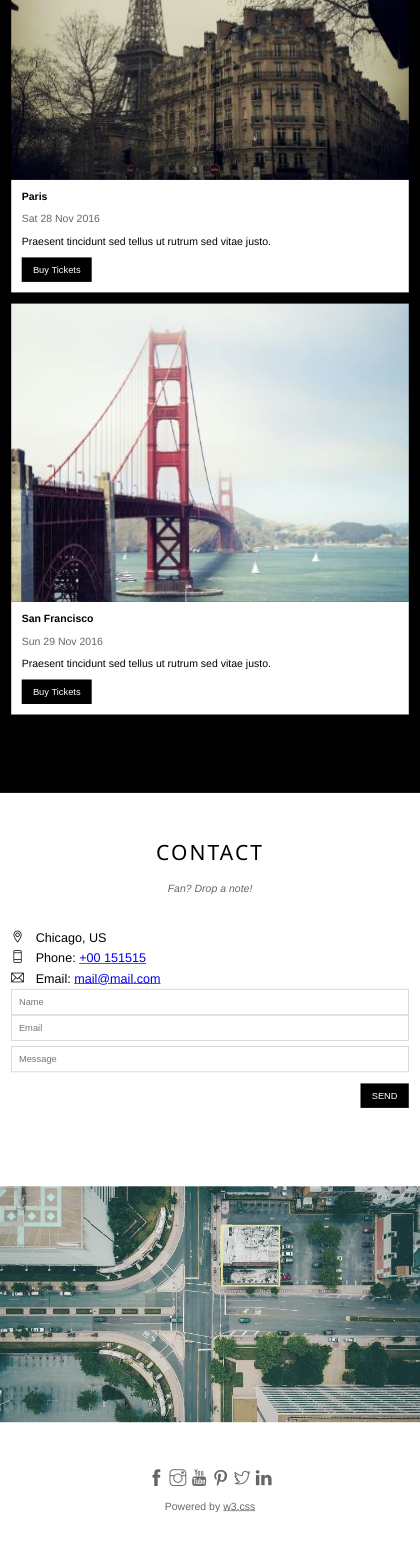
Repository: Lehau79/w3_band
Page: index.html
The author's editor kept a copy of each file at every save. The page is drawn from the files as they stood at one save, then again after the next save.
The browser window is 600 px wide. The pictures show the part of the page from y = 3174 to 5414 px (the page is 5398 px tall before and 5414 px after), at 70% of full size.

Above is the page before, as saved 2021-11-21 16:54:17.

After the next save:
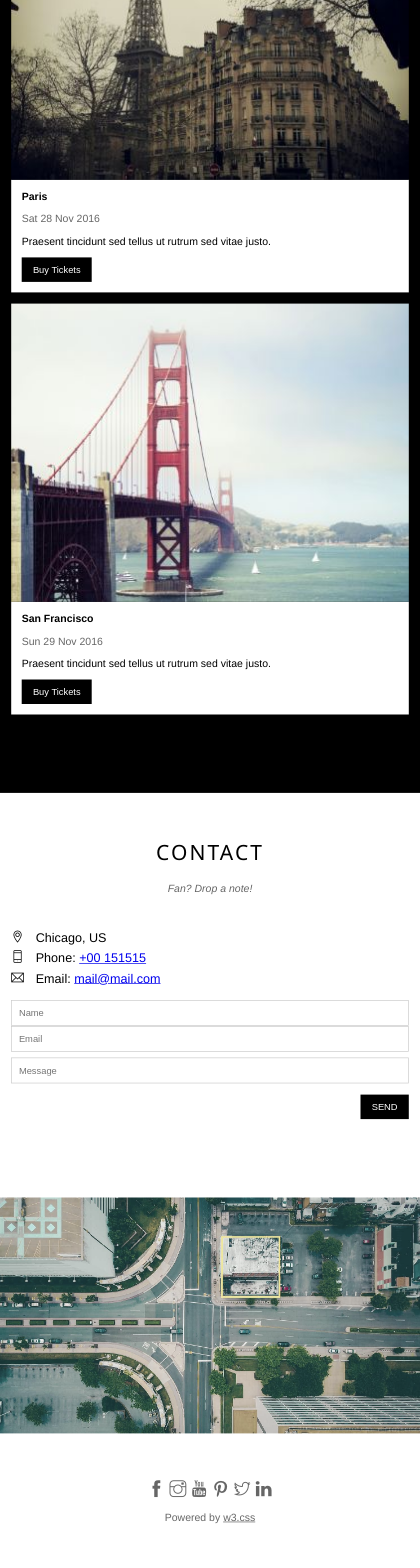
Saved 3 min 25 s later.
--- a/assets/css/responsive.css
+++ b/assets/css/responsive.css
@@ -53,13 +53,11 @@
         color: #fff;
     }
 
-    #content .member-item {
-        margin-top: 30px;
-        width: 100%;
-    }
-
     #content .member-img {
         width: 60%;
     }
 
+    .contact-form {
+        margin-top: 16px;
+    }
 }
